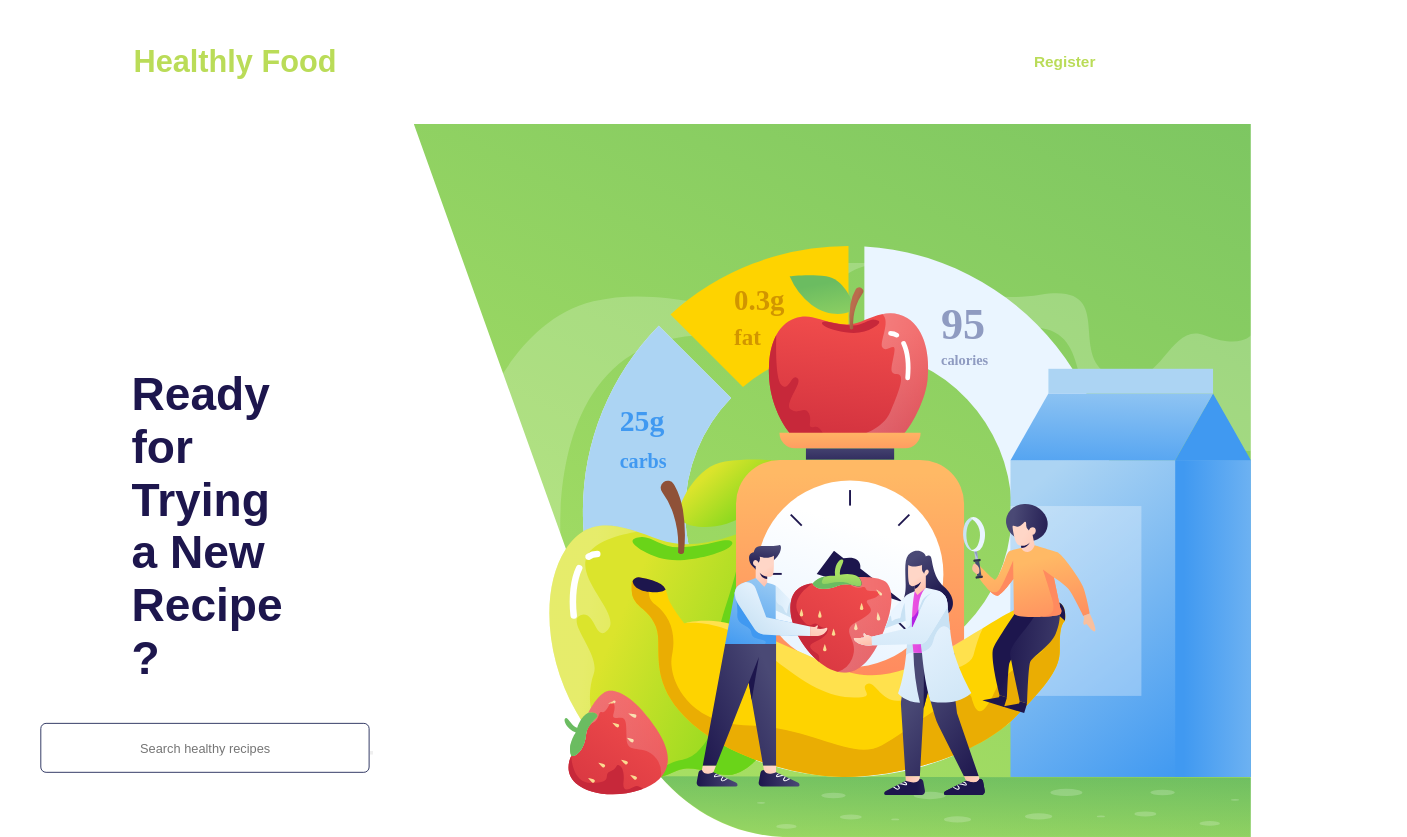
Repository: LuccaCasalecchi/HealthyFood
Page: /
An editor plug-in stored every save of this project. The page is shown before and after the next save, followed by the edit.
The browser window is 1280 px wide. The page is 1303 px wide, then 1466 px, then 1303 px, so the pictures cover 1466 px, including what lies to the right of the window. The pictures show the whole page, at 96% of full size.
The project was rebuilt for these pictures with package versions that can differ from the ones it lists, and the page was loaded fresh each time.

Above is the page before, as saved 2021-08-17 20:06:44.

After the next save:
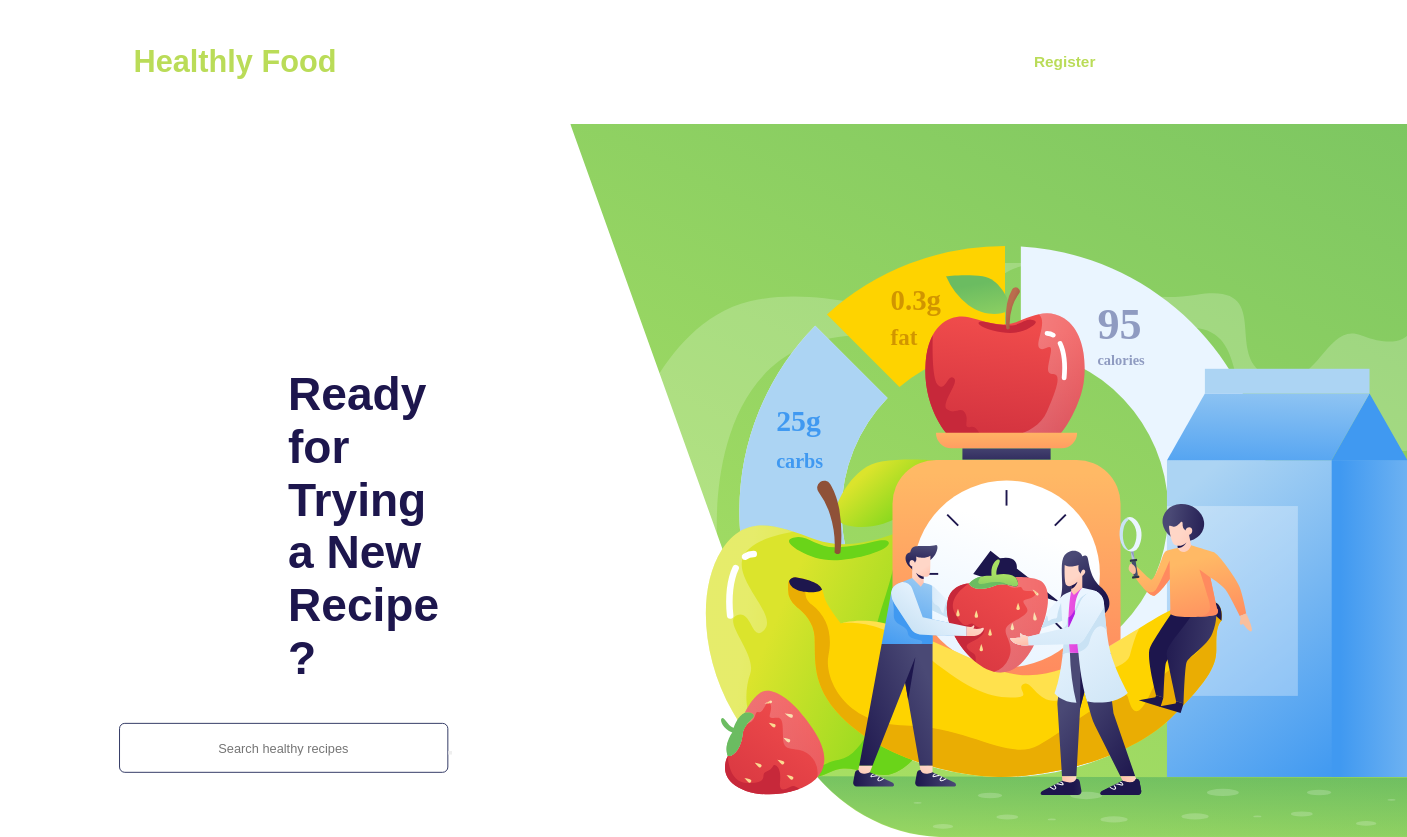
Saved 91 min 26 s later.
--- a/src/pages/LandingPage/LandingPage.css
+++ b/src/pages/LandingPage/LandingPage.css
@@ -22,5 +22,5 @@
   font-size: 48px;
   color: #1d164d;
   text-align: left;
-  padding: 187px 137px 40px;
+  padding: 187px 137px 40px 300px;
 }

After the 2 saves that followed:
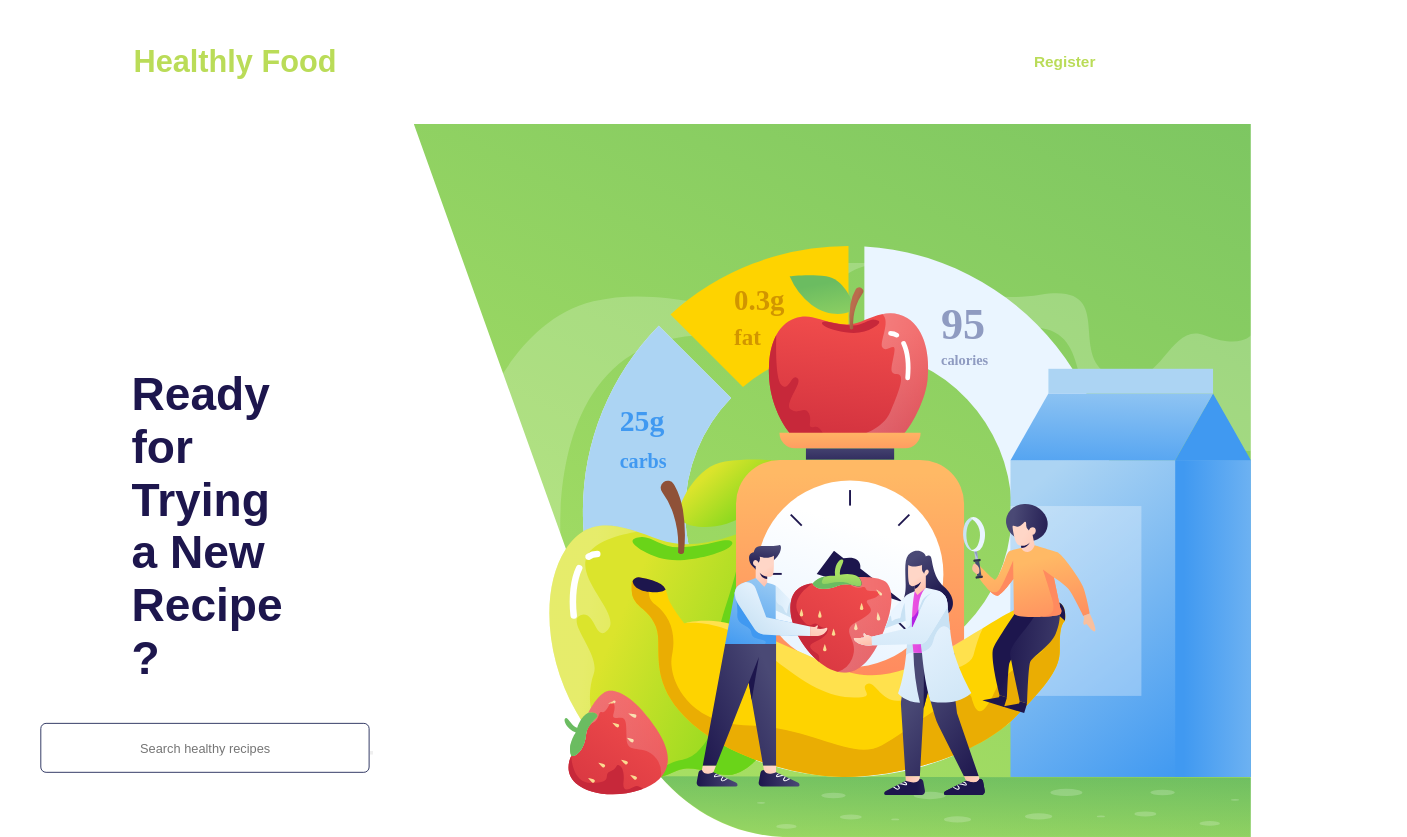
The 2 saves are shown as one change because they came seconds apart.
The last was saved 10 s later.
--- a/src/pages/LandingPage/LandingPage.css
+++ b/src/pages/LandingPage/LandingPage.css
@@ -22,5 +22,5 @@
   font-size: 48px;
   color: #1d164d;
   text-align: left;
-  padding: 187px 137px 40px 300px;
+  padding: 187px 137px 40px;
 }
